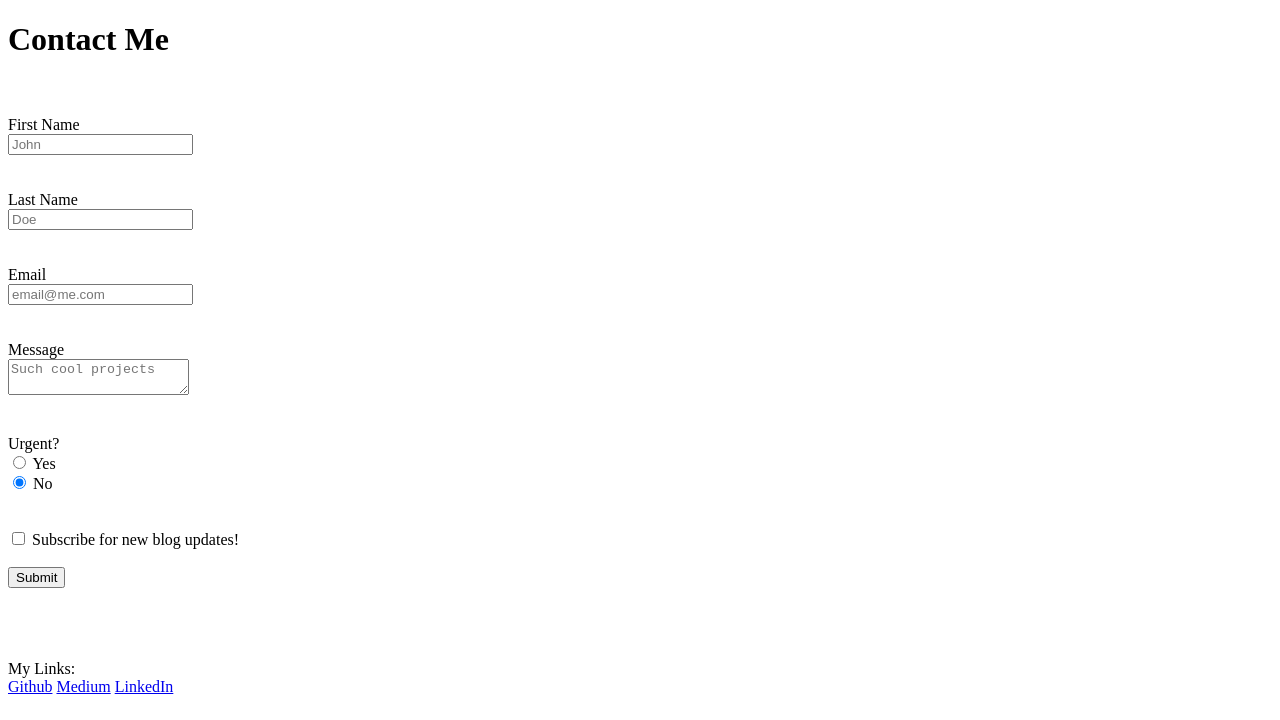
Repository: SamirIngley/html-semantic
Page: contact.html
These files come from the project's save history. The page is drawn as it stood at one moment and after the next save; the edit follows.
The browser window is 1280 px wide. The pictures show the whole page.

Above is the page before, as saved 2020-01-28 16:20:21.

### contact.html
<!DOCTYPE html>
<html lang="en">
<head>
    <meta charset="UTF-8">
    <meta name="viewport" content="width=device-width, initial-scale=1.0">
    <meta http-equiv="X-UA-Compatible" content="ie=edge">
    <title>Contact</title>
</head>
<body>
<h1>Contact Me</h1>
<br>
<br>
<form action="process.php" method="POST">
        <div>
            <label>First Name</label><br>
            <input type="text" name="firstName" placeholder="John">
        </div>
        <br>
        <br>

        <div>
            <label>Last Name</label><br>
            <input type="text" name="lastName" placeholder="Doe">
        </div>
        <br>
        <br>

        <div>
            <label>Email</label><br>
            <input type="email" name="email" placeholder="email@me.com">
        </div>
        <br>
        <br>
        <div>
            <label>Message</label><br>
            <textarea name="message" placeholder="Such cool projects"></textarea>
        </div>
        <br>
        <br>
        <div>

                Urgent?<br>
            <label>
                <input type="radio" name="urgent" value="true">
                Yes
             </label><br>

                <label>
                     <input type="radio" name="urgent" value="false" checked>
                      No<br>
                </label>

        </div>
        <br>
        <br>
        <div>
            <label>
                <input type="checkbox" name="Subscribe for updates" value="subscribe"> Subscribe for new blog updates!<br>
            </label>
        </div>
        <br>
        <div>
            <input type="submit" name="submit" value="Submit">
        </div>
</form>
</body>
<br>
<br>
<br>
<br>


<footer>
    My Links:
    <br>
    <a href="https://github.com/SamirIngley">Github</a>
    <a href="https://medium.com/@SamirIngle">Medium</a>
    <a href="https://www.linkedin.com/in/samiringle/">LinkedIn</a>
</footer>

</html>

After the next save:
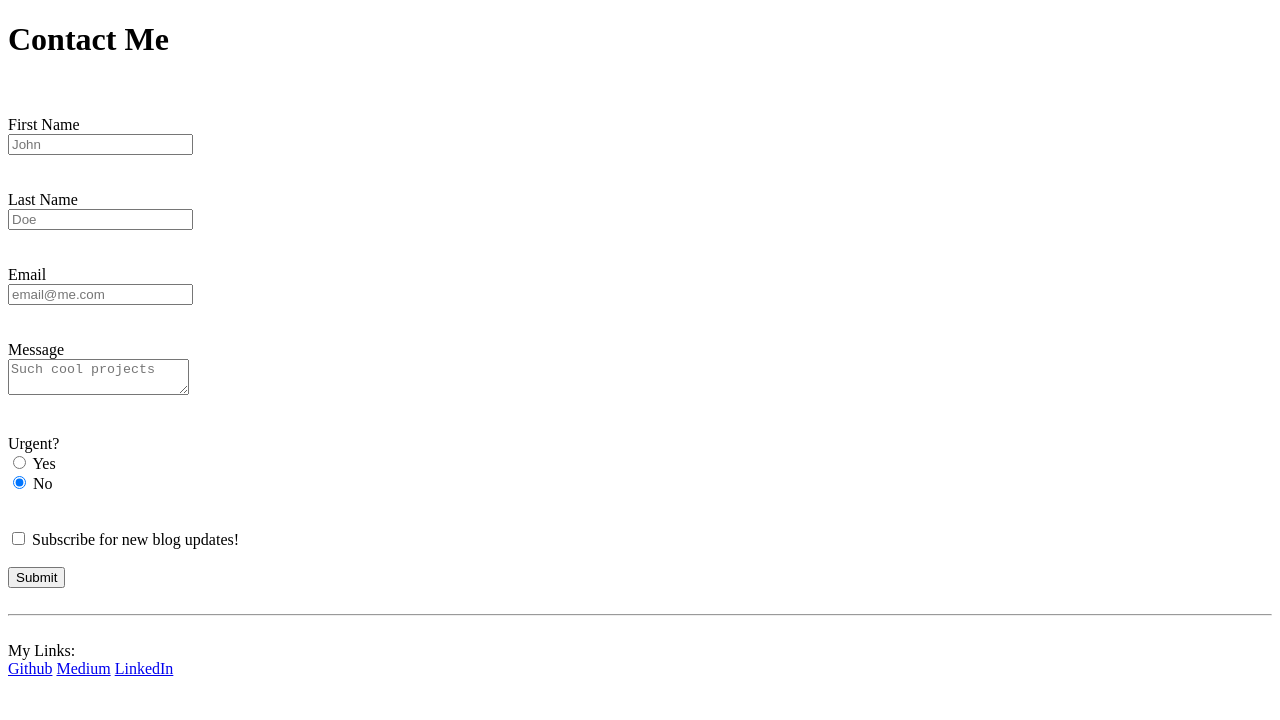
Saved 11 s later.
--- a/contact.html
+++ b/contact.html
@@ -65,8 +65,7 @@
 </form>
 </body>
 <br>
-<br>
-<br>
+<hr>
 <br>
 
 
